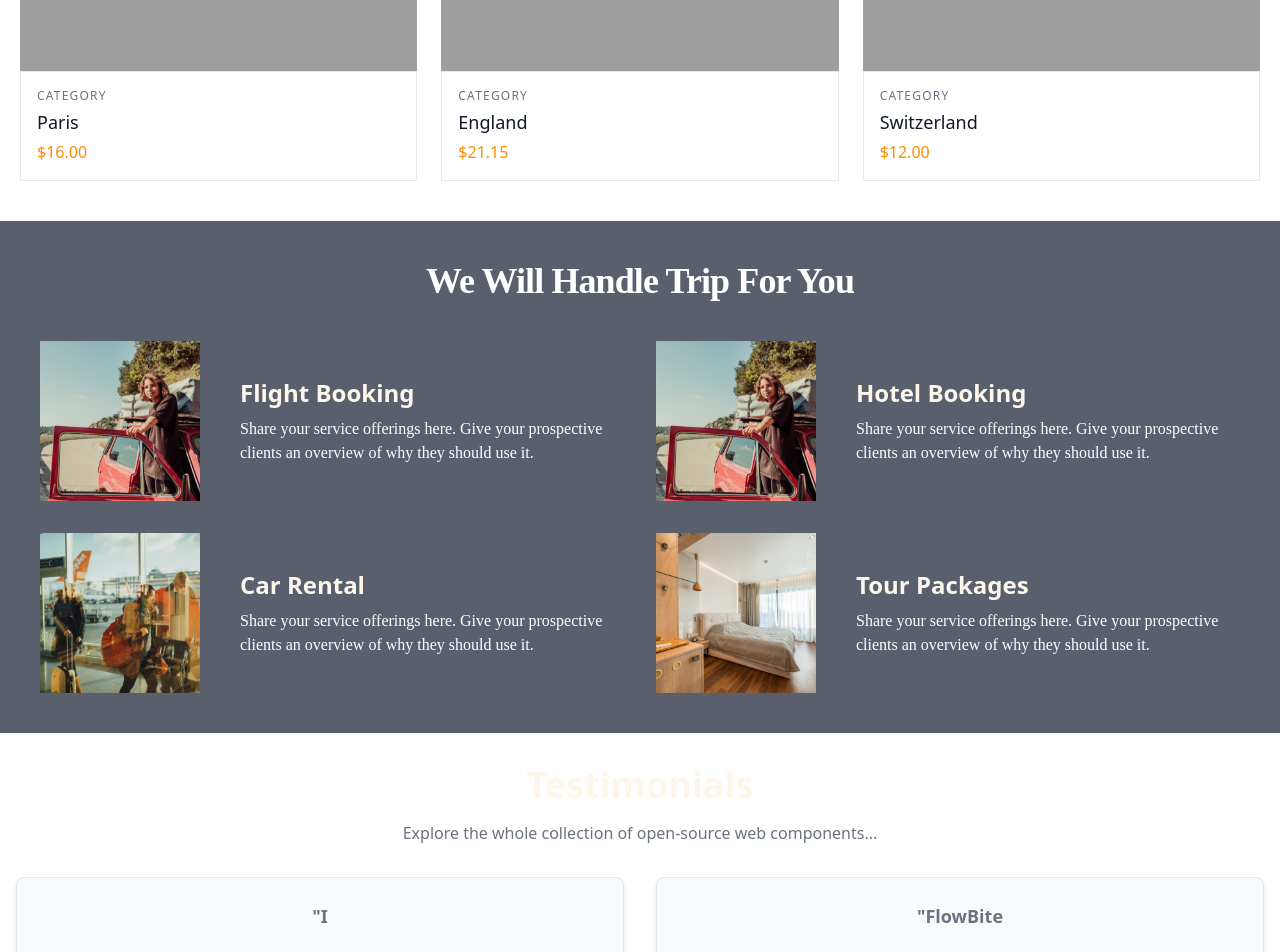
Repository: prabeshsitaula07/greatnepalholidays
Page: / (app in frontend/)
These files come from the project's save history. The page is drawn as it stood at one moment and after the next save; the edit follows.
The browser window is 1280 px wide. The pictures show the part of the page from y = 2967 to 3919 px (the page is 7245 px tall).
Pictures or frames that could not be fetched are drawn as grey boxes. Some web fonts or font styles are not loaded; a fallback is used. The project was rebuilt for these pictures with package versions that can differ from the ones it lists, and the page was loaded fresh each time. Also part of the build but not shown: frontend/vite.config.ts. Imported but missing from the stored project, and not drawn on this page: frontend/src/assets/bgvideo.mp4.

Above is the page before, as saved 2024-11-23 11:21:44.

After the next save:
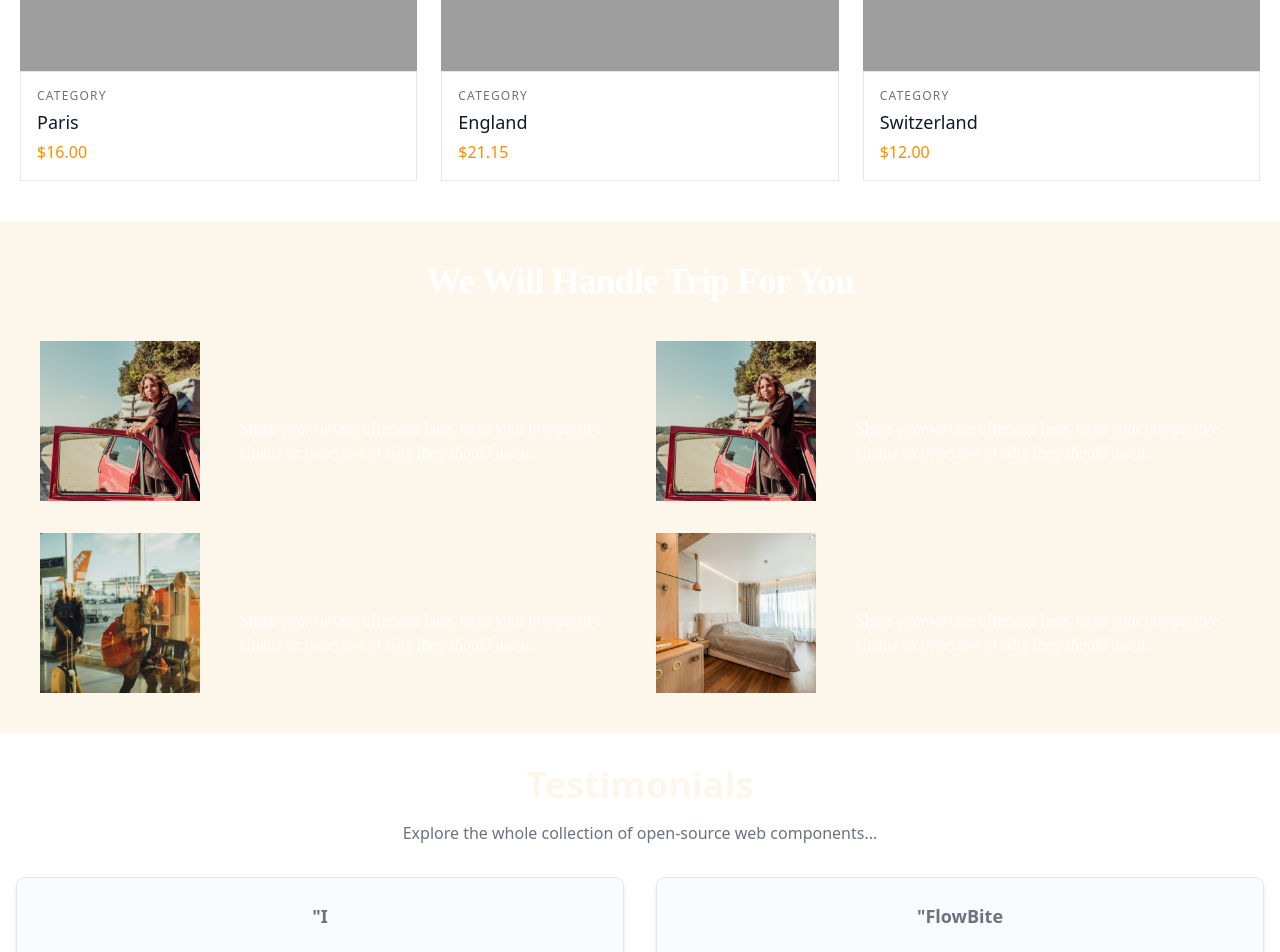
Saved 23 s later.
--- a/frontend/src/components/Services/TripHandling.tsx
+++ b/frontend/src/components/Services/TripHandling.tsx
@@ -11,7 +11,7 @@ export default function TripHandling() {
     ];
 
     return (
-      <div className="bg-navbarbg h-fit flex justify-center flex-col items-center p-10">
+      <div className="bg-primary h-fit flex justify-center flex-col items-center p-10">
           <h2 className="mb-10 text-4xl tracking-tight font-extrabold text-white text-center font-parkinsans">We Will Handle Trip For You</h2>
           <div className="grid grid-cols-2 gap-8">
               {services.map((service, index) => (
